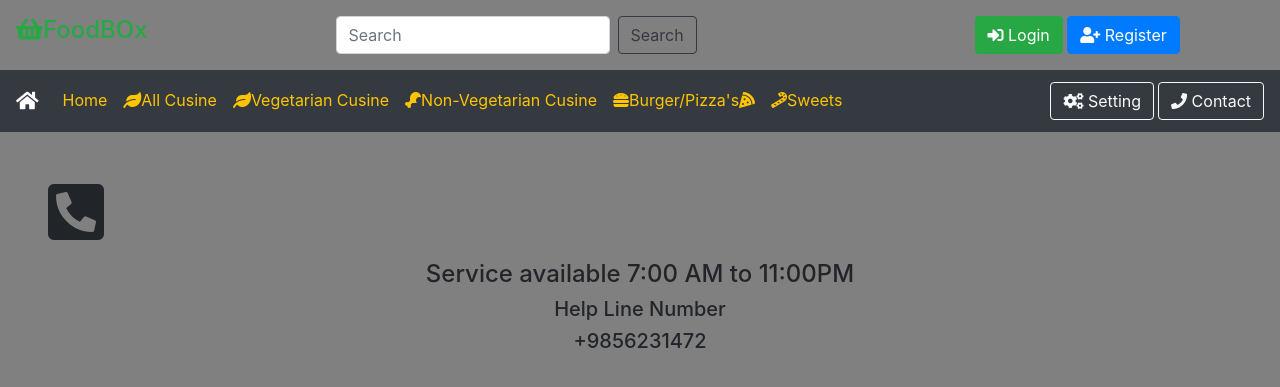
Repository: debjaniprofessional32/Capstone-Final-FoodBox-Delivery-Project
Page: http://localhost/OnlinFoodBOX/helpcenter.jsp
An editor plug-in stored every save of this project. The page is shown before and after the next save, followed by the edit.
The browser window is 1280 px wide. The pictures show the whole page.
Some web libraries are served in a nearby version. The page is served by Tomcat 9. Other server files are loaded and not shown.

Above is the page before, as saved 2022-12-23 13:01:36.

### OnlinFoodBOX/src/main/webapp/helpcenter.jsp
<%@ page language="java" contentType="text/html; charset=ISO-8859-1"  pageEncoding="ISO-8859-1"%>
<!DOCTYPE html>
<html>
<head>
<meta charset="ISO-8859-1">
<title>Help center</title>
<%@include file="all_Component/allCss.jsp"%>
<link rel="stylesheet" href="all_Component/style.css">
</head>
<body>
<%@include file="all_Component/navbar.jsp"%>
<div class=" justify-content-center p-5">
<i class=" fas fa-phone-square-alt fa-4x  "></i>
<p>
<h4 class="text-center" >Service available 7:00 AM to 11:00PM</h4>
<h5 class="text-center">Help Line Number</h5>
<h5 class="text-center">+9856231472</h5>
</p>

</body>
</html>

### OnlinFoodBOX/src/main/webapp/all_Component/allCss.jsp
<link rel="stylesheet"
	href="https://cdn.jsdelivr.net/npm/bootstrap@4.0.0/dist/css/bootstrap.min.css"
	integrity="sha384-Gn5384xqQ1aoWXA+058RXPxPg6fy4IWvTNh0E263XmFcJlSAwiGgFAW/dAiS6JXm"
	crossorigin="anonymous">
<script src="https://code.jquery.com/jquery-3.2.1.slim.min.js"
	integrity="sha384-KJ3o2DKtIkvYIK3UENzmM7KCkRr/rE9/Qpg6aAZGJwFDMVNA/GpGFF93hXpG5KkN"
	crossorigin="anonymous"></script>
<script
	src="https://cdn.jsdelivr.net/npm/popper.js@1.12.9/dist/umd/popper.min.js"
	integrity="sha384-ApNbgh9B+Y1QKtv3Rn7W3mgPxhU9K/ScQsAP7hUibX39j7fakFPskvXusvfa0b4Q"
	crossorigin="anonymous"></script>
<script
	src="https://cdn.jsdelivr.net/npm/bootstrap@4.0.0/dist/js/bootstrap.min.js"
	integrity="sha384-JZR6Spejh4U02d8jOt6vLEHfe/JQGiRRSQQxSfFWpi1MquVdAyjUar5+76PVCmYl"
	crossorigin="anonymous"></script>
<link rel="stylesheet"
	href="https://cdnjs.cloudflare.com/ajax/libs/font-awesome/5.15.3/css/all.min.css"
	integrity="sha512-iBBXm8fW90+nuLcSKlbmrPcLa0OT92xO1BIsZ+ywDWZCvqsWgccV3gFoRBv0z+8dLJgyAHIhR35VZc2oM/gI1w=="
	crossorigin="anonymous" referrerpolicy="no-referrer" />

### OnlinFoodBOX/src/main/webapp/all_Component/navbar.jsp
 <%@ taglib prefix="c" uri="http://java.sun.com/jsp/jstl/core" %>
 <%@ page isELIgnored = "false" %>
 <style type="text/css">
 .navbar {
     background: #000000
 }

 .nav-item::after {
     content: '';
     display: block;
     width: 0px;
     height: 2px;
     background: #fec400;
     transition: 0.4s
 }

 .nav-item:hover::after {
     width: 100%
 }

 .navbar-dark .navbar-nav .active>.nav-link,
 .navbar-dark .navbar-nav .nav-link.active,
 .navbar-dark .navbar-nav .nav-link.show,
 .navbar-dark .navbar-nav .show>.nav-link,
 .navbar-dark .navbar-nav .nav-link:focus,
 .navbar-dark .navbar-nav .nav-link:hover {
     color: #fec400
 }

 .nav-link {
     padding: 10px 5px;
     transition: 0.2s
 }

 body{
     background-color:grey;
 }
</style>
<div class="container-fluid p-3">
	<div class="row">

		<div class="col-md-3 text-success">

<h4><i class='fa fa-shopping-basket'></i>FoodBOx</h4>
		</div>

		<div class="col-md-6">
			<form class="form-inline my-2 my-lg-0">
				<input class="form-control mr-sm-2" type="search"
					placeholder="Search" aria-label="Search">
				<button class="btn btn-outline-dark my-2 my-sm-0" type="submit">Search</button>
			</form>
		</div>
		<c:if test="${not empty userobj}">
		<div class="col-md-3">
		    <a href="checkout.jsp" class="mt-6"><i class='fas fa-cart-plus fa-2x '></i></a>
			<a href="login.jsp" class="btn btn-success"><i class='fas fa-user-plus'></i>&nbsp;${userobj.name}</a>
			<a href="logout" class="btn btn-primary "><i class='fas fa-sign-in-alt'></i>&nbsp;Logout</a>
		</div>

		</c:if>
		<c:if test="${empty userobj}">
		<div class="col-md-3">
			<a href="login.jsp" class="btn btn-success"><i class='fas fa-sign-in-alt'></i>&nbsp;Login</a>
			<a href="rejister.jsp" class="btn btn-primary "><i class='fas fa-user-plus'></i>&nbsp;Register</a>
		</div>

		</c:if>

	</div>



</div>


<nav class="navbar navbar-expand-lg navbar-dark bg-dark">
  <a class="navbar-brand " href="#"><i class="fas fa-home"></i></a>
  <button class="navbar-toggler" type="button" data-toggle="collapse" data-target="#navbarSupportedContent" aria-controls="navbarSupportedContent" aria-expanded="false" aria-label="Toggle navigation">
    <span class="navbar-toggler-icon"></span>
  </button>

  <div class="collapse navbar-collapse" id="navbarSupportedContent">
    <ul class="navbar-nav mr-auto">
      <li class="nav-item active "><a class="nav-link " href="index.jsp">Home <span class="sr-only">(current)</span></a></li>
      <li class="nav-item active"><a class="nav-link" href="all_veg.jsp"><i class="fa fa-leaf"></i>All Cusine</a></li>
      <li class="nav-item active"><a class="nav-link" href="all_veg1.jsp"><i class="fa fa-leaf"></i>Vegetarian Cusine</a></li>
      <li class="nav-item active"><a class="nav-link " href="all_nonveg.jsp"><i class='fas fa-drumstick-bite'></i>Non-Vegetarian Cusine</a></li>
      <li class="nav-item active"><a class="nav-link " href="all_Bpizza.jsp"><i class='fas fa-hamburger'></i>Burger/Pizza's<i class='fas fa-pizza-slice'></i></a></li>
      <li class="nav-item active"><a class="nav-link " href="all_sweet.jsp"><i class='fas fa-candy-cane'></i>Sweets</a></li>
    </ul>
    <form class="form-inline my-2 my-lg-0">
     <a class="btn btn-outline-light my-2 my-sm-0" href="setting.jsp" class="outline-light"><i class='fa fa-cogs '></i>&nbsp;Setting</a>
      <button class="btn btn-outline-light my-2 my-sm-0 ml-1" type="submit"><i class='fa fa-phone'></i>&nbsp;Contact</button>
    </form>
  </div>
</nav>

### OnlinFoodBOX/src/main/webapp/all_Component/style.css
 .navbar-nav active .nav-link:hover {

    background-color:#b2ff59;
    text-color:#000000;
    border-radius:10px;
}
.navbar-item:hover {


    text-color:#000000;

}

.carousel {
  width:auto;
  height:400px;
}

After the next save:
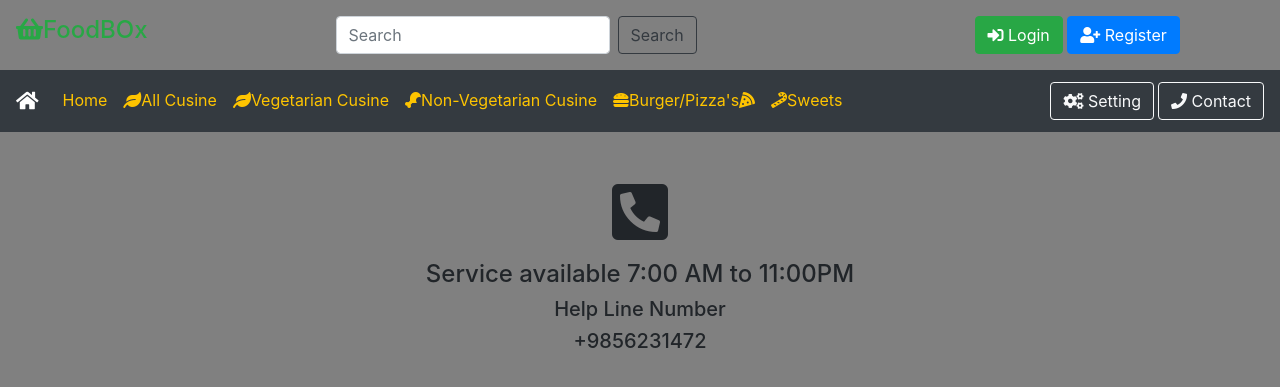
Saved 30 s later.
--- a/OnlinFoodBOX/src/main/webapp/helpcenter.jsp
+++ b/OnlinFoodBOX/src/main/webapp/helpcenter.jsp
@@ -10,7 +10,7 @@
 <body>
 <%@include file="all_Component/navbar.jsp"%>
 <div class=" justify-content-center p-5">
-<i class=" fas fa-phone-square-alt fa-4x  "></i>
+<center><i class=" fas fa-phone-square-alt fa-4x  "></i></center>
 <p>
 <h4 class="text-center" >Service available 7:00 AM to 11:00PM</h4>
 <h5 class="text-center">Help Line Number</h5>
